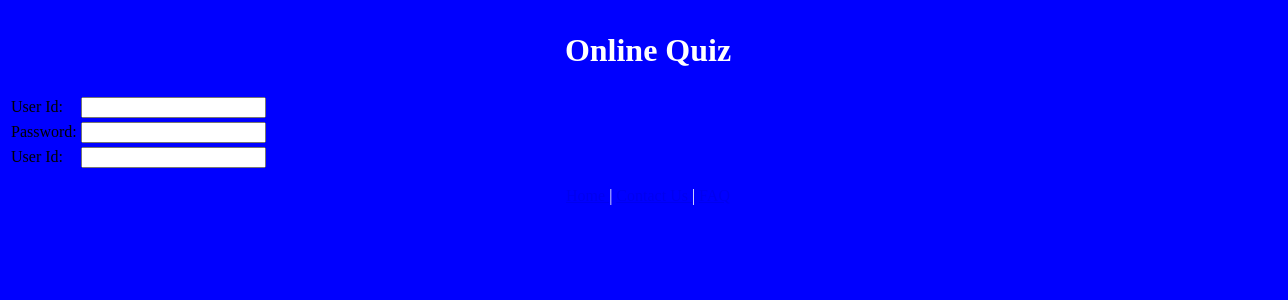
Repository: KaushikVeluruWorld/KaushikJava
Page: http://localhost/OnlineQuiz/home.jsp
An editor plug-in stored every save of this project. The page is shown before and after the next save, followed by the edit.
The browser window is 1280 px wide. The page is 1288 px wide, so the pictures cover 1288 px, including what lies to the right of the window. The pictures show the whole page.
The page is served by Tomcat 9.

Above is the page before, as saved 2014-12-22 10:12:43.

After the next save:
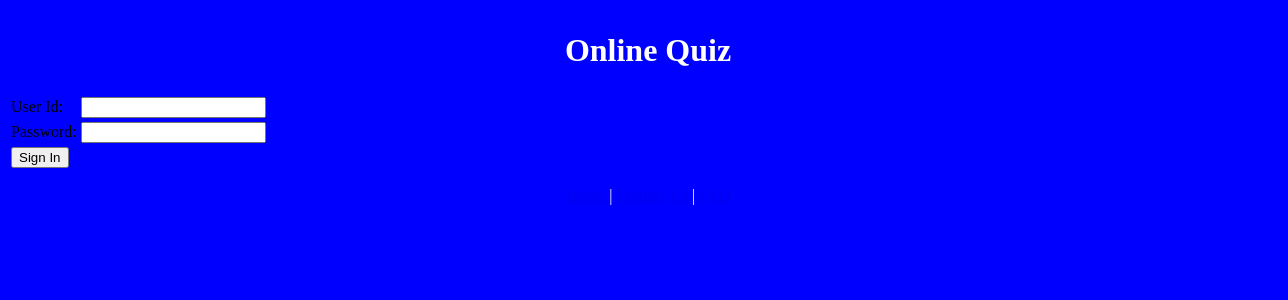
Saved 39 s later.
--- a/Online Quiz Tool/OnlineQuiz/WebContent/home.jsp
+++ b/Online Quiz Tool/OnlineQuiz/WebContent/home.jsp
@@ -15,8 +15,8 @@
      <td><input type="text" id="username"></td></tr>
 <tr> <td> Password:</td>
      <td><input type="password" id="password"></td></tr>
-<tr> <td> User Id:</td>
-     <td><input type="text" id="username"></td></tr>
+<tr>
+     <td colspan="2"><input type="submit" id="submit" value="Sign In"></td></tr>
 
 
 
